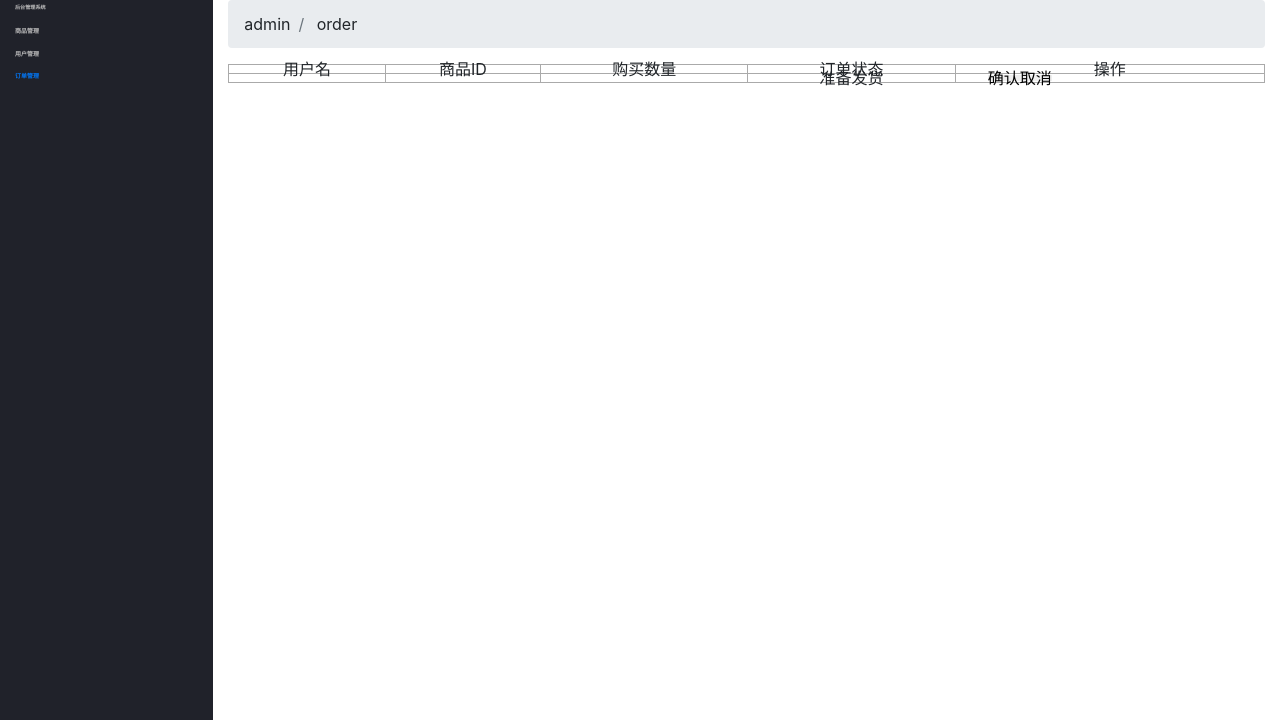
Repository: Rayfang0719/Vue-admin
Page: /admin/order
These files come from the project's save history. The page is drawn as it stood at one moment and after the next save; the edit follows.
The browser window is 1280 px wide. The pictures show the whole page.
The project was rebuilt for these pictures with package versions that can differ from the ones it lists, and the page was loaded fresh each time. Also part of the build but not shown: vue.config.js, src/pages/login.vue.

Above is the page before, as saved 2019-05-12 19:18:07.

After the next save:
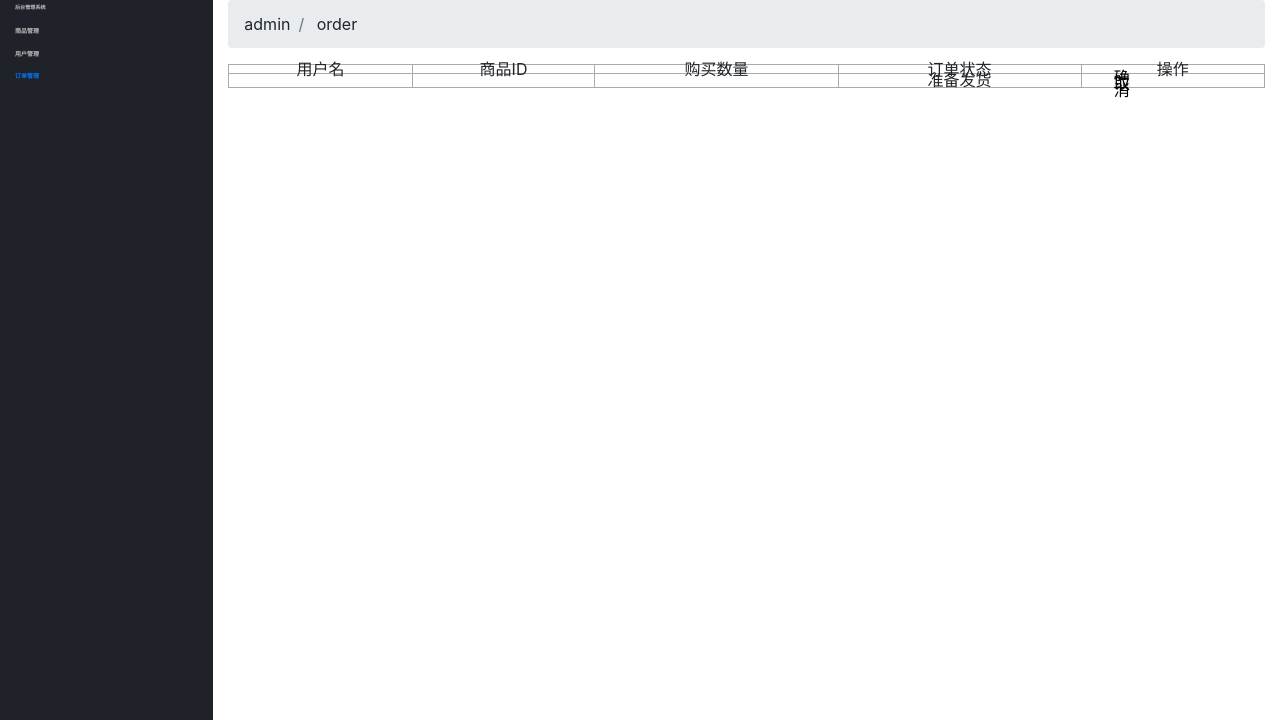
Saved 8 s later.
--- a/src/pages/admin/order.vue
+++ b/src/pages/admin/order.vue
@@ -49,6 +49,7 @@ table{
     span{
         display:block;
         margin-left: 2rem;
+        width: 1rem;
 
     button{
         float: left;
